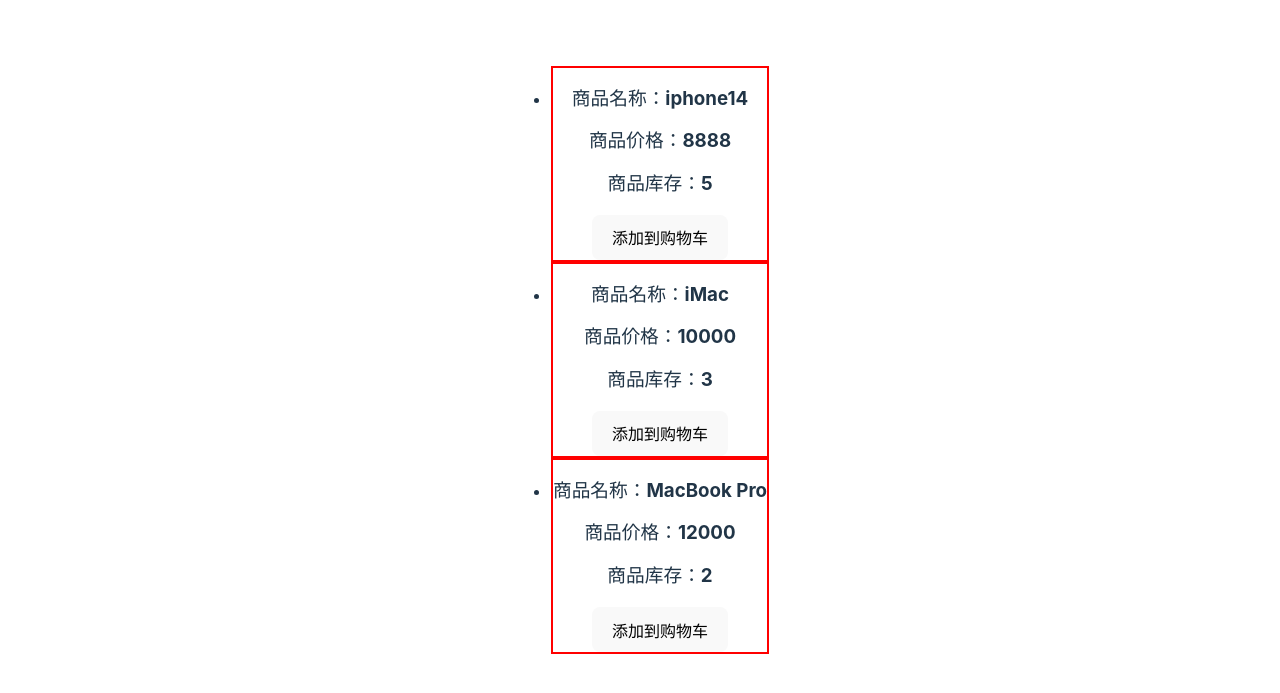
Repository: beautifulwhale/pinia-shopping-cart
Page: /
The author's editor kept a copy of each file at every save. The page is drawn from the files as they stood at one save, then again after the next save.
The browser window is 1280 px wide. The pictures show the whole page.
The project was rebuilt for these pictures with package versions that can differ from the ones it lists, and the page was loaded fresh each time. Also part of the build but not shown: vite.config.ts.

Above is the page before, as saved 2022-10-18 22:52:58.

### src/main.ts
import { createApp } from 'vue'
import { pinia } from './store'
import './style.css'
import App from './App.vue'

const app = createApp(App)

app.use(pinia)
app.mount('#app')

### src/store/index.ts
import { createPinia } from "pinia";

export const pinia = createPinia()

### src/App.vue
<template>
  <product></product>
  <cart></cart>
</template>

<script setup lang="ts">
// import product from '@/components/product'
import product from './components/product.vue'
import cart from './components/cart.vue'
</script>

### src/components/product.vue
<template>
    <ul>
        <li class="product" v-for="(item) in productStore.productList" :key="item.id">
            <h3>商品名称：{{item.name}}</h3>
            <h3>商品价格：{{item.price}}</h3>
            <h3>商品库存：{{item.inventory}}</h3>
            <button @click="appendCart(item)">添加到购物车</button>
        </li>
    </ul>


</template>

<script setup lang="ts">
import { useProductStore } from '../store/product'
import { useCartStore } from '../store/cart'
import { Product } from '../config/index'
const productStore = useProductStore();
const cartStore = useCartStore()
productStore.getProductList()

const appendCart = (item: Product) => {
    cartStore.appendCart(item)
}
</script>
<style scoped>
.product {
    border: 2px solid red;
}
</style>

### src/components/cart.vue
<template>
    <div>
        <div class="product" v-for="(item) in cartStroe.cartList" :key="item.id">
            <h5>商品名称：{{item.name}}</h5>
            <h5>商品价格：{{item.price}}</h5>
            <h5>商品数量：{{item.count}}</h5>
        </div>
    </div>
</template>

<script setup lang="ts">
import { useCartStore } from '../store/cart'
const cartStroe = useCartStore();
</script>
<style scoped>
.product {
    border: 2px solid #bfa;
}
</style>

### src/store/product.ts
import { defineStore } from "pinia";
import { getProduct } from "../api";
import { Product } from "../config";
import { useCartStore } from './cart'

interface IState {
    productList: Product[]
}

export const useProductStore = defineStore('product', {
    state: (): IState => ({
        productList: [] as Product[]
    }),
    getters: {},
    actions: {
        async getProductList() {
            this.productList = await getProduct();
        },
        decrementInventory(product: Product) {
            const ret = this.productList.find(item => item.id === product.id);
            if (ret?.inventory) {
                ret.inventory--
            }
        }
    }
})

### src/store/cart.ts
import { defineStore } from "pinia";
import { Cart, Product } from "../config";
import { useProductStore } from './product'
export const useCartStore = defineStore('cart', {
    state: () => ({
        cartList: [] as Cart[],
    }),
    getters: {

    },
    actions: {
        appendCart(product: Product) {
            // 判断是否存在库存
            if (product.inventory < 1) {
                console.log('该商品已经没有库存了')
                return false;
            };
            // 判断是否存在该商品
            const cartItem = this.cartList.find(item => item.id === product.id);
            if (cartItem) {
                cartItem.count++;
            } else {
                this.cartList.push({
                    id: product.id,
                    name: product.name,
                    price: product.price,
                    count: 1
                });
            }
            // 更新库存
            const productStore = useProductStore();
            productStore.decrementInventory(product)
        }
    }
})

### src/api/index.ts
/**
 *
 * 模拟数据
 *
 */
import { product } from "../config";


// 获取数据
export async function getProduct() {
    await wait();
    return product
}

// 模拟异步
function wait(delay: number = 200) {
    return new Promise((resolve) => {
        setTimeout(resolve, delay);
    })
}

### src/config/index.ts
export interface Product {
    id: number,
    name: string,
    price: number,
    inventory: number
}

interface Count {
    count: number
}
export type Cart = Count & Omit<Product, 'inventory'>

export const product: Product[] = [
    { id: 1, name: 'iphone14', price: 8888, inventory: 5 },
    { id: 2, name: 'iMac', price: 10000, inventory: 3 },
    { id: 3, name: 'MacBook Pro', price: 12000, inventory: 2 }
]

Loaded but not shown: index.html (common file); src/style.css (common file)

After the next save:
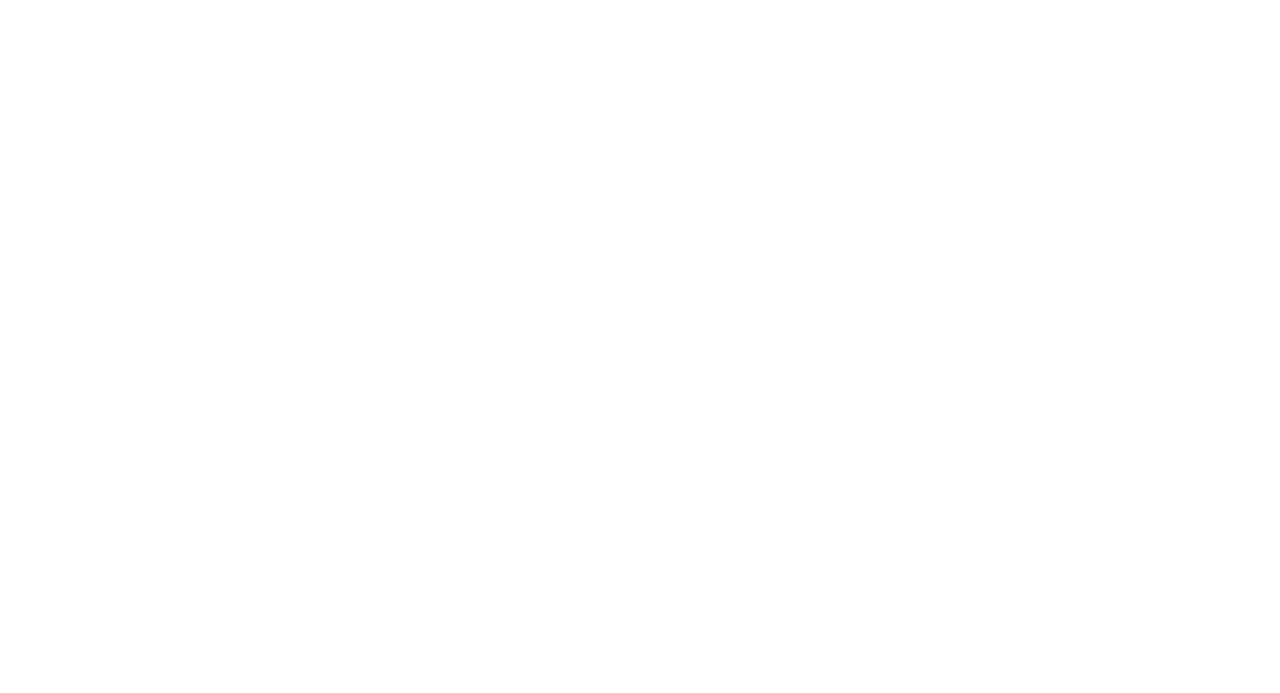
Console error: ReferenceError: total is not defined
Saved 7 s later.
--- a/src/store/cart.ts
+++ b/src/store/cart.ts
@@ -6,7 +6,7 @@
         cartList: [] as Cart[],
     }),
     getters: {
-
+        total
     },
     actions: {
         appendCart(product: Product) {

After the 2 saves that followed:
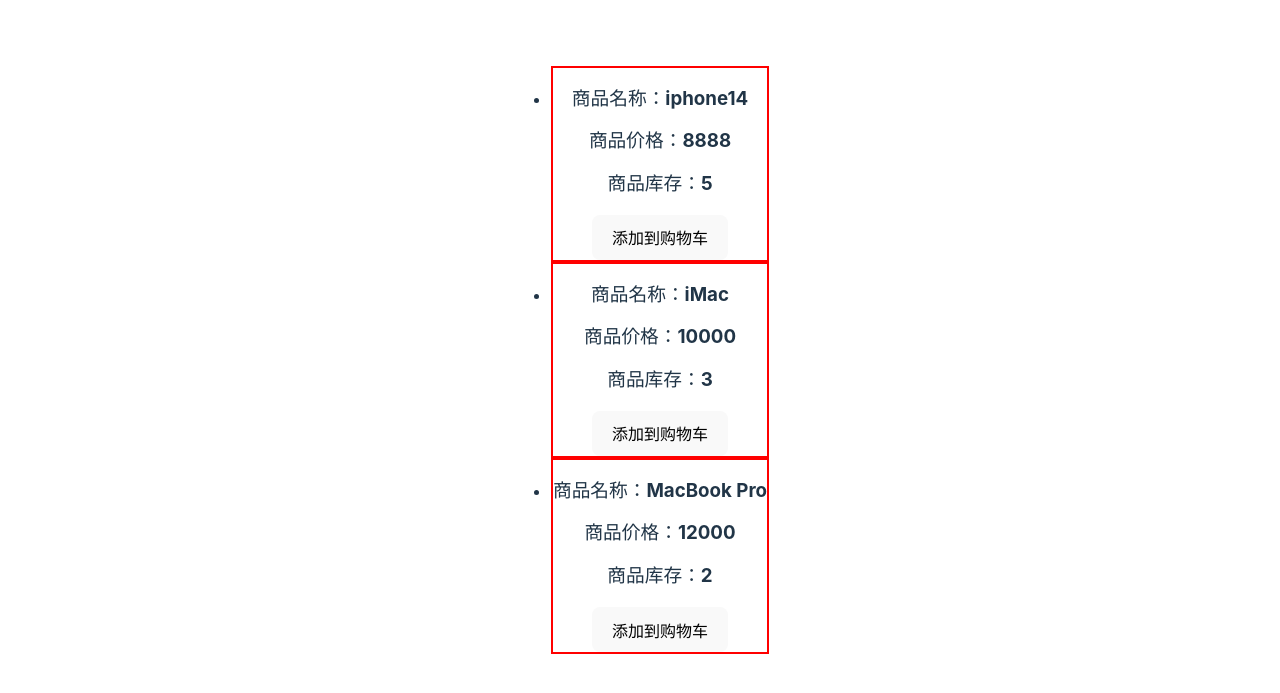
The error is gone.
The 2 saves are shown as one change because they came seconds apart.
The last was saved 6 s later.
--- a/src/store/cart.ts
+++ b/src/store/cart.ts
@@ -6,7 +6,9 @@
         cartList: [] as Cart[],
     }),
     getters: {
-        total
+        totalPrice(){
+
+        }
     },
     actions: {
         appendCart(product: Product) {
